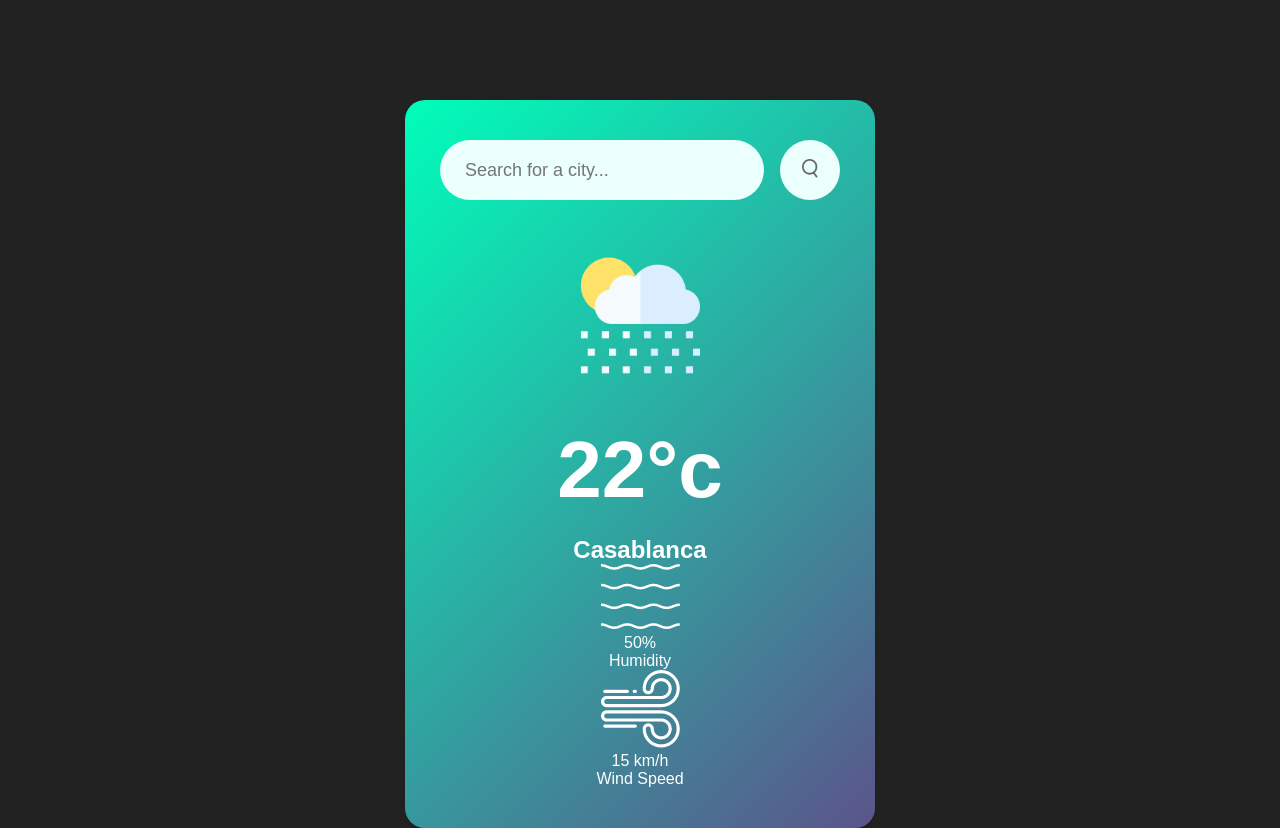
Repository: Abdelilah-Lakrim/Weather-App
Page: index.html
The author's editor kept a copy of each file at every save. The page is drawn from the files as they stood at one save, then again after a run of saves.
The browser window is 1280 px wide. The pictures show the whole page.

Above is the page before, as saved 2025-06-17 11:16:10.

### index.html
<!DOCTYPE html>
<html>
<head>
    <meta charset="UTF-8" />
    <title>Weather App</title>
    <link rel="stylesheet" href="style.css" >
</head>
<body>

    <div class="card">
        <div class="search">
            <input type="text" placeholder="Search for a city..." spellcheck="false" />
            <button><img src="images/search.png"></button>
        </div>
        <div class="weather">
            <img src="images/rain.png" class="weather-icon">
            <h1 class="temp">22°c</h1>
            <h2 class="city">Casablanca</h2>
            <div class="details">
                <div class="col">
                    <img src="images/humidity.png">
                    <div>
                        <p class="humidity">50%</p>
                        <p>Humidity</p>
                    </div>
                </div>
                <div class="col">
                    <img src="images/wind.png">
                    <div>
                        <p class="wind">15 km/h</p>
                        <p>Wind Speed</p>
                    </div>
                </div>
            </div>
        </div>
    </div>

</body>
</html>

### style.css
*{
    margin: 0;
    padding: 0;
    font-family: 'Poppins', sans-serif;
    box-sizing: border-box;
}
body{
    background-color: #222;
    color: #333;
}
.card{
    width: 90%;
    max-width: 470px;
    background: linear-gradient(135deg, #00feba, #5b548a);
    color: #fff;
    margin: 100px auto  0;
    padding: 40px 35px;
    border-radius: 20px;
    box-shadow: 0 4px 8px rgba(0, 0, 0, 0.1);
    overflow: hidden;
    position: relative;
    text-align: center;
}
.search{
    width: 100%;
    display: flex;
    align-items: center;
    justify-content: space-between;
}

.search input{
    border: 0;
    outline: 0;
    background: #ebfffc;
    color: #333;
    padding: 10px 25px;
    height: 60px;
    border-radius: 30px;
    flex: 1;
    margin-right: 16px;
    font-size: 18px;
}

.search button{
    border: 0;
    outline: 0;
    background: #ebfffc;
    height: 60px;
    width: 60px;
    border-radius: 50px;
    cursor: pointer;
}
.search button img{
    width: 16px;
}

.weather-icon{
    width: 170px;
    margin-top: 30px;

}

.weather h1{
    font-size: 80px;
    margin: 20px 0;
}

After the next 4 saves:
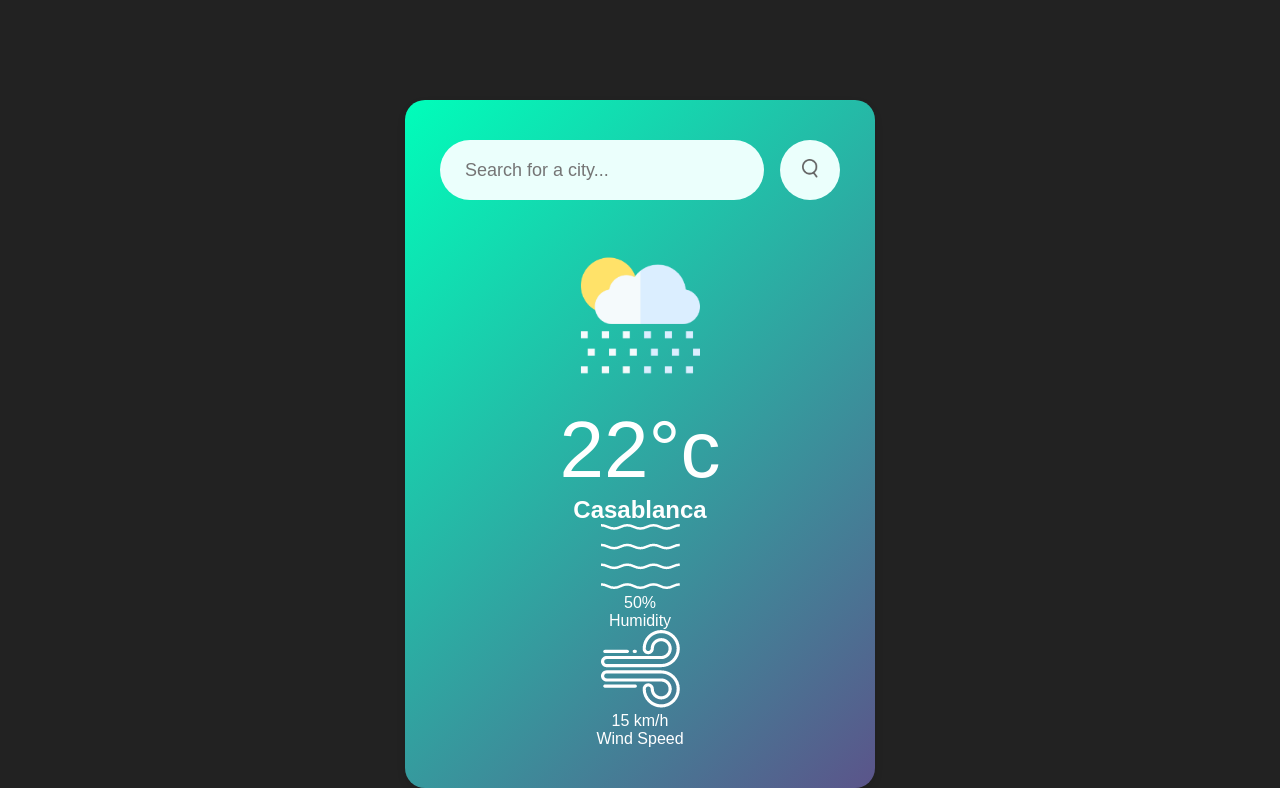
The 4 saves are shown as one change because they came seconds apart.
The last was saved 15 s later.
--- a/style.css
+++ b/style.css
@@ -62,5 +62,5 @@ body{
 
 .weather h1{
     font-size: 80px;
-    margin: 20px 0;
+    font-weight: 500;
 }
